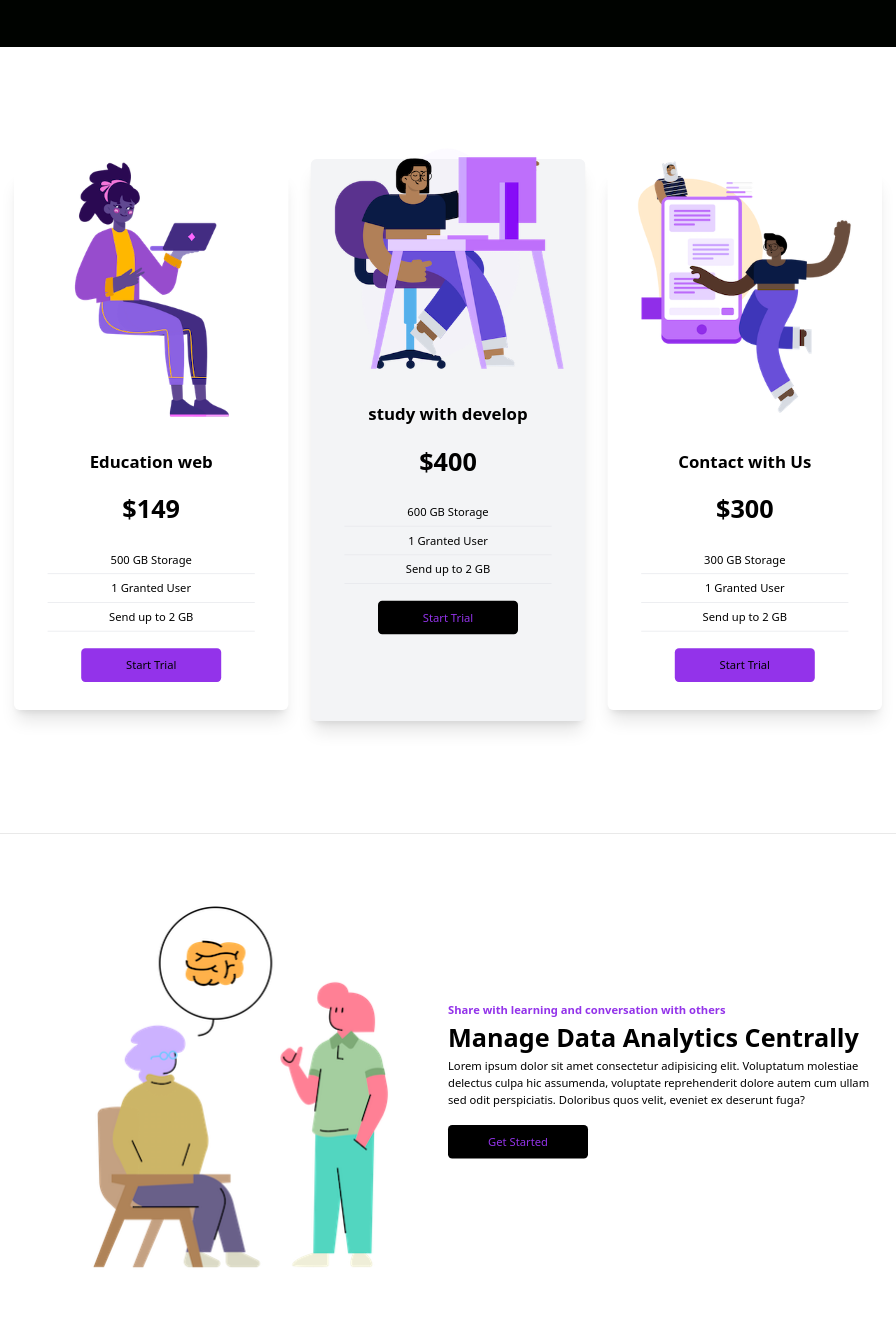
Repository: OmniaRafat232111121/tailwindreact
Page: /
The author's editor kept a copy of each file at every save. The page is drawn from the files as they stood at one save, then again after a run of saves.
The browser window is 1280 px wide. The pictures show the part of the page from y = 653 to 2573 px (the page is 2573 px tall), at 70% of full size.
The project was rebuilt for these pictures with package versions that can differ from the ones it lists, and the page was loaded fresh each time.

Above is the page before, as saved 2022-09-11 13:31:44.

### src/index.js
import React from 'react';
import ReactDOM from 'react-dom/client';
import './index.css';
import App from './App';
import 'animate.css';
const root = ReactDOM.createRoot(document.getElementById('root'));
root.render(
  <React.StrictMode>
    <App />
  </React.StrictMode>
);

### src/App.js
import React from 'react';
import Analytics from './components/Analytics';
// import Analytics from './components/Analytics';
 import Cards from './components/Cards';
// import Footer from './components/Footer';
 import Hero from './components/Hero';
import Navbar from './components/Navbar';
// import Newsletter from './components/Newsletter';

function App() {
  return (
    <div>
      <Navbar />
      <Hero/>
      <Cards/>
      <Analytics/>
    </div>
  );
}

export default App;

### src/components/Analytics.jsx
import React from 'react';
import Laptop from '../assets/Lifesavers - Consulting.png';

const Analytics = () => {
  return (
    <div className='w-full bg-white py-16 px-4'>
      <div className='max-w-[1240px] mx-auto grid md:grid-cols-2'>
        <img className='w-[500px] mx-auto my-4' src={Laptop} alt='/' />
        <div className='flex flex-col justify-center'>
          <p className='text-purple-600 font-bold '>Share with learning and conversation with others</p>
          <h1 className='md:text-4xl sm:text-3xl text-2xl font-bold py-2'>Manage Data Analytics Centrally</h1>
          <p>
            Lorem ipsum dolor sit amet consectetur adipisicing elit. Voluptatum
            molestiae delectus culpa hic assumenda, voluptate reprehenderit
            dolore autem cum ullam sed odit perspiciatis. Doloribus quos velit,
            eveniet ex deserunt fuga?
          </p>
          <button className='bg-black text-purple-600 w-[200px] rounded-md font-medium my-6 mx-auto md:mx-0 py-3'>Get Started</button>
        </div>
      </div>
    </div>
  );
};

export default Analytics;

### src/components/Cards.jsx
import React from 'react';
import Single from '../assets/Dayflow - Sitting (1).png'
import Double from '../assets/Happy Bunch - Desk.png'
import Triple from '../assets/Happy Bunch - Chat.png'

const Cards = () => {
  return (
    <div className='w-full py-[10rem] px-4 bg-white'>
      <div className='max-w-[1240px] mx-auto grid md:grid-cols-3 gap-8'>
          <div className='w-full shadow-xl flex flex-col p-4 my-4 rounded-lg hover:scale-105 duration-300'>
              <img className='w-25 mx-auto mt-[-3rem] bg-white' src={Single} alt="/" />
              <h2 className='text-2xl font-bold text-center py-8'>Education web</h2>
              <p className='text-center text-4xl font-bold'>$149</p>
              <div className='text-center font-medium'>
                  <p className='py-2 border-b mx-8 mt-8'>500 GB Storage</p>
                  <p className='py-2 border-b mx-8'>1 Granted User</p>
                  <p className='py-2 border-b mx-8'>Send up to 2 GB</p>
              </div>
              <button className='bg-purple-600 w-[200px] rounded-md font-medium my-6 mx-auto px-6 py-3'>Start Trial</button>
          </div>
          <div className='w-full shadow-xl bg-gray-100 flex flex-col p-4 md:my-0 my-8 rounded-lg hover:scale-105 duration-300'>
              <img className=' w-25 mx-auto mt-[-3rem] bg-transparent' src={Double} alt="/" />
              <h2 className='text-2xl font-bold text-center py-8'>study with develop</h2>
              <p className='text-center text-4xl font-bold'>$400</p>
              <div className='text-center font-medium'>
                  <p className='py-2 border-b mx-8 mt-8'>600 GB Storage</p>
                  <p className='py-2 border-b mx-8'>1 Granted User</p>
                  <p className='py-2 border-b mx-8'>Send up to 2 GB</p>
              </div>
              <button className='bg-black text-purple-600 w-[200px] rounded-md font-medium my-6 mx-auto px-6 py-3'>Start Trial</button>
          </div>
          <div className='w-full shadow-xl flex flex-col p-4 my-4 rounded-lg hover:scale-105 duration-300'>
              <img className='w-25 mx-auto mt-[-3rem] bg-white' src={Triple} alt="/" />
              <h2 className='text-2xl font-bold text-center py-8'>Contact with Us</h2>
              <p className='text-center text-4xl font-bold'>$300</p>
              <div className='text-center font-medium'>
                  <p className='py-2 border-b mx-8 mt-8'>300 GB Storage</p>
                  <p className='py-2 border-b mx-8'>1 Granted User</p>
                  <p className='py-2 border-b mx-8'>Send up to 2 GB</p>
              </div>
              <button className='bg-purple-600 w-[200px] rounded-md font-medium my-6 mx-auto px-6 py-3'>Start Trial</button>
          </div>

      </div>
    </div>
  );
};

export default Cards;

### src/components/Hero.jsx
import React from 'react';
import Typed from 'react-typed';
const Hero = () => {
  return (
    <div className='text-white'>
      <div className='max-w-[800px] mt-[-96px] w-full h-screen mx-auto text-center flex flex-col justify-center'>
        <p className='text-purple-600 font-bold p-2'>
          GROWING WITH WebDevelopment
        </p>
        <h1 className='md:text-5xl sm:text-6xl text-4xl font-bold md:py-6'>
          Grow with FrontendDeveloper.
        </h1>
        <div className='flex justify-center items-center'>
          <p className='md:text-4xl sm:text-4xl text-xl font-bold py-4'>
            ReactJs,Typescript
          </p>
          <Typed
          className='md:text-3xl sm:text-4xl text-xl font-bold md:pl-4 pl-2'
            strings={['Hooks', 'practical', 'Formik','icons']}
            typeSpeed={120}
            backSpeed={140}
            loop
          />
        </div>
        <p className='md:text-2xl text-xl font-bold text-gray-500'>Monitor your website analytics to increase knowledge platforms.</p>
        <button className='bg-purple-600 w-[200px]   rounded-md font-medium my-6 mx-auto py-3 text-black'>Get Started</button>
      </div>
    </div>
  );
};

export default Hero;

### src/components/Navbar.jsx
import React, { useState } from 'react';
import { AiOutlineClose, AiOutlineMenu } from 'react-icons/ai';

const Navbar = () => {
    const [nav, setNav] = useState(false);

    const handleNav = () => {
      setNav(!nav);
    };

  return (
    <div className=' flex justify-around items-center  text-white h-24 max-w-[1240px] px-4 mx-auto'>
      <h1 className='  animate__animated animate__animated animate__backInRight w-full text-3xl font-bold text-purple-600'>REACT.</h1>
      <ul className='hidden md:flex  animate__animated animate__animated animate__backInRight'>
        <li className='p-4 border-purple-600  hover:border-b-2 '>Home</li>
        <li className='p-4 border-purple-600  hover:border-b-2'>Company</li>
        <li className='p-4 border-purple-600  hover:border-b-2 '>Resources</li>
        <li className='p-4 border-purple-600  hover:border-b-2'>About</li>
        <li className='p-4 border-purple-600  hover:border-b-2 '>Contact</li>
      </ul>
      <div onClick={handleNav} className='block md:hidden'>
      {nav ? <AiOutlineClose size={20}/> : <AiOutlineMenu size={20} />}
  </div>
  <div >
  <ul className={nav ? 'fixed left-0 top-0 w-[50%] min-h-[50%] border-r border-r-gray-900 bg-[#000300] ease-in-out duration-500' : 'ease-in-out duration-500 fixed left-[-100%]'}>
  <h1 className='w-full text-3xl font-bold text-purple-600 m-4'>REACT.</h1>
      <li className='p-4  border-purple-600  hover:border-b-4'>Home</li>
      <li className='p-4  border-purple-600  hover:border-b-4'>Company</li>
      <li className='p-4  border-purple-600  hover:border-b-4'>Resources</li>
      <li className='p-4  border-purple-600  hover:border-b-4'>About</li>
      <li className='p-4'>Contact</li>
  </ul>
  </div>
</div>
  );
};

export default Navbar;

Loaded but not shown: public/index.html (common file); src/index.css (common file); tailwind.config.js (common file)

After the next 11 saves:
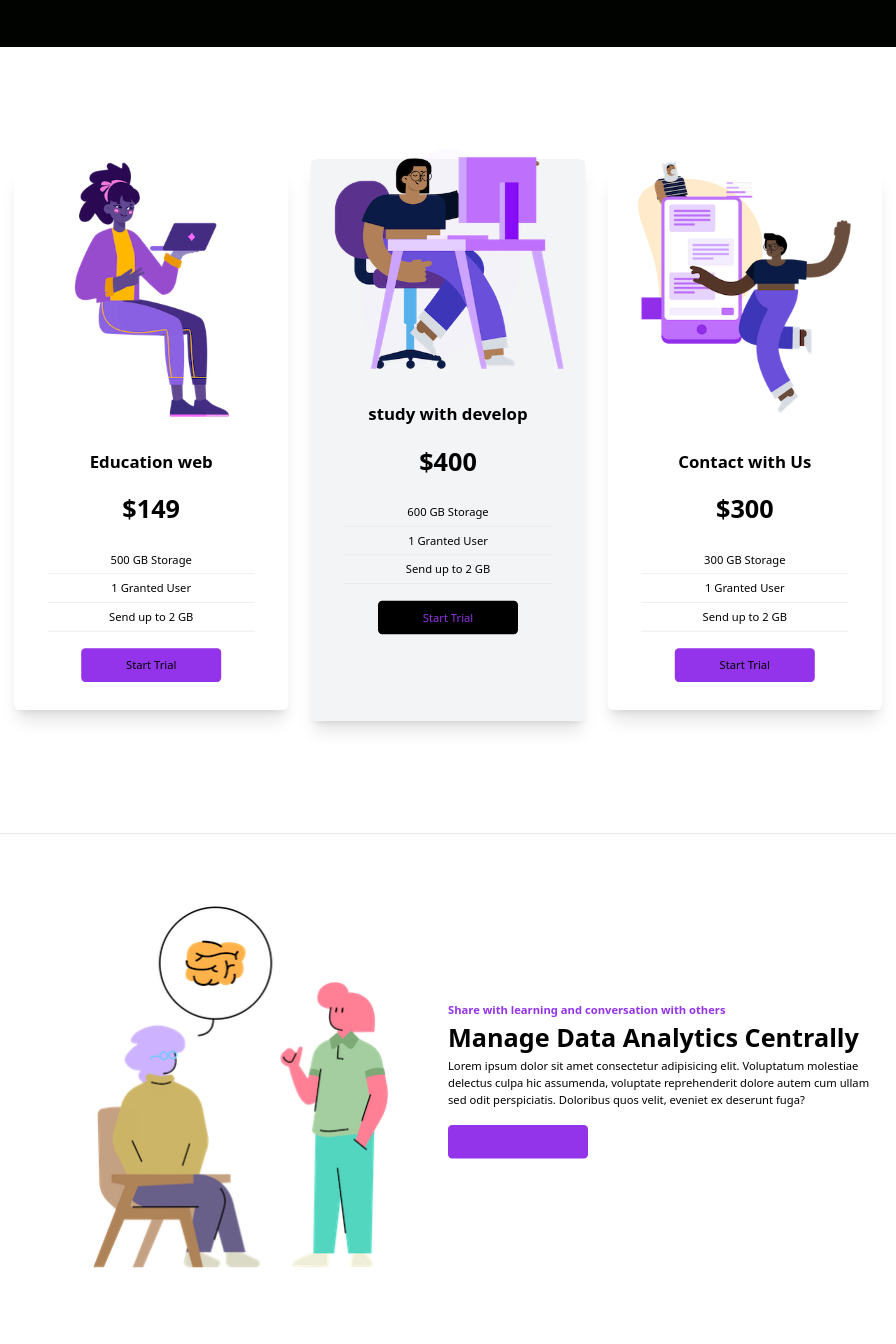
The 11 saves are shown as one change because they came seconds apart.
The last was saved 27 s later.
--- a/src/components/Analytics.jsx
+++ b/src/components/Analytics.jsx
@@ -15,7 +15,7 @@ const Analytics = () => {
             dolore autem cum ullam sed odit perspiciatis. Doloribus quos velit,
             eveniet ex deserunt fuga?
           </p>
-          <button className='bg-black text-purple-600 w-[200px] rounded-md font-medium my-6 mx-auto md:mx-0 py-3'>Get Started</button>
+          <button className='bg-purple-600 text-purple-600 w-[200px] rounded-md font-medium my-6 mx-auto md:mx-0 py-3'>Get Started</button>
         </div>
       </div>
     </div>
